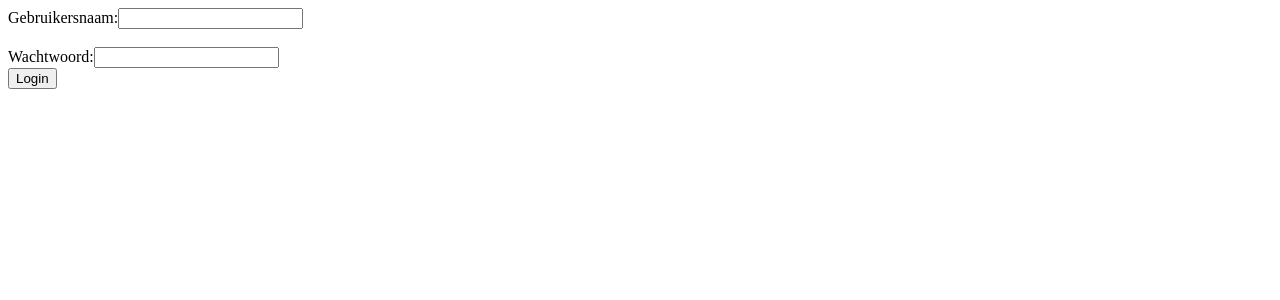
Repository: Julian-4A5A/php-p4
Page: http://localhost/Week1/login/Index.php
The author's editor kept a record of every edit. The page is drawn from the files as they stood at one moment, then again after the next edit.
The browser window is 1280 px wide. The pictures show the whole page.
The page is run by PHP 8.4 with error messages shown; the project is at /var/www/html/.

Above is the page before.

### workspace/Week1/login/Index.php
<!DOCTYPE html>
<html>
    <head>

    </head>
    <body>
        <form action="logreg.php" method="post" accept-charset="utf-8">
            <label>Gebruikersnaam:</label><input type="text" name="Gebruiker"/><br><br>
            <label>Wachtwoord:</label><input type="password" name="Wachtwoord"/><br>
            <input type="submit" value="Login"/>
        </form>
    </body>
</html>

After the next edit:
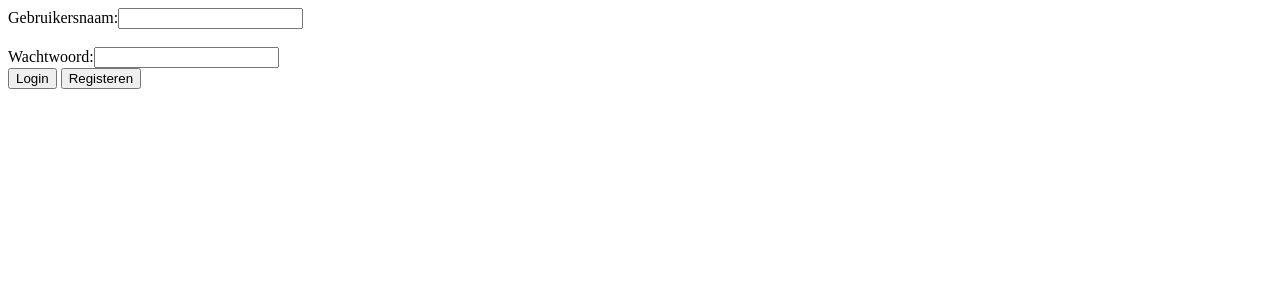
The edit:
--- a/workspace/Week1/login/Index.php
+++ b/workspace/Week1/login/Index.php
@@ -7,7 +7,8 @@
         <form action="logreg.php" method="post" accept-charset="utf-8">
             <label>Gebruikersnaam:</label><input type="text" name="Gebruiker"/><br><br>
             <label>Wachtwoord:</label><input type="password" name="Wachtwoord"/><br>
-            <input type="submit" value="Login"/>
+            <input type="submit" name="login" value="Login"/>
+            <input type="submit" name="registeren" value="Registeren"/>
         </form>
     </body>
 </html>
